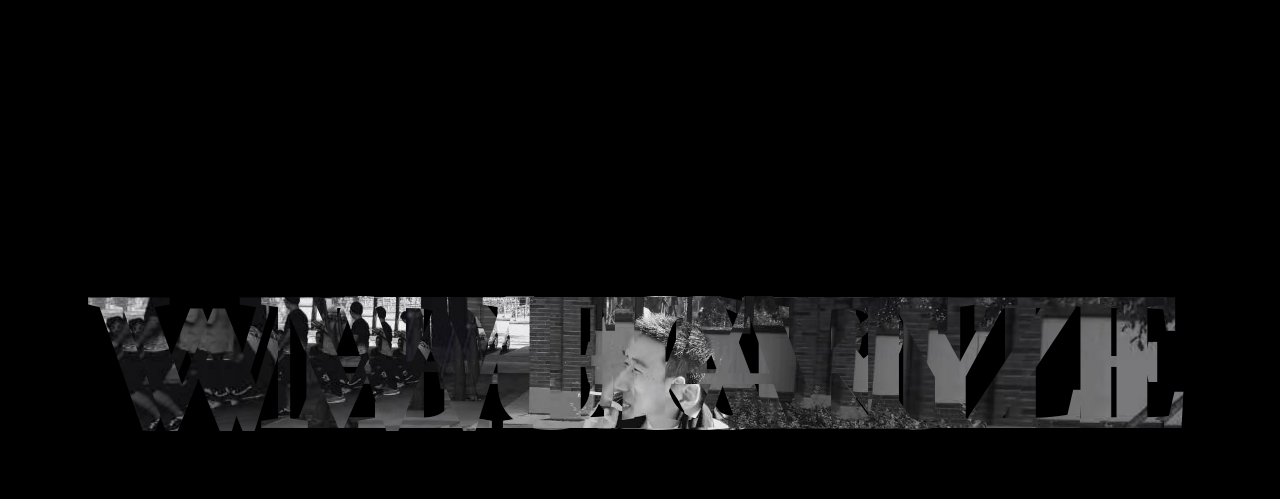
Repository: nishuiwei/nishuiwei.github.io
Page: background.html
These files come from the project's save history. The page is drawn as it stood at one moment and after the next save; the edit follows.
The browser window is 1280 px wide. The pictures show the whole page.

Above is the page before, as saved 2019-12-19 16:40:52.

### background.html
<!DOCTYPE html>
<html lang="en">

<head>
  <meta charset="UTF-8">
  <meta name="viewport" content="width=device-width, initial-scale=1.0">
  <meta http-equiv="X-UA-Compatible" content="ie=edge">
  <meta name="卫慧杰" content="w920098695@sina.cn" />
  <meta name="keywords" content="your tags" />
  <meta name="description" content="your description" />
  <meta http-equiv="X-UA-Compatible" content="ie=edge">
  <meta name="COPYRIGHT" content="卫慧杰">
  <title>Document</title>
  <style>
    body {
      margin: 0px;
      padding: 0px;
      font-family: "黑体";
      background: #000;
    }

    h1 {
      font-size: 200px;
      text-transform: uppercase;
      /*定义文本中的大小写，uppercase仅有大写字母 */
      font-weight: 900;
      /*定义文本的粗细，从100~900*/
      letter-spacing: 1px;
      /*设置字母间距*/
      position: absolute;
      top: 50%;
      left: 50%;
      transform: translate(-50%, -50%);
      /*position & transform: translate(-50%, -50%)
    实现块元素百分比下居中*/
      margin: 0;
      background: url(./bg1.jpg) 50% 50%;
      /*背景图片路径和size大小*/
      background-size: cover;
      /*此时会保持图像的纵横比*/
      /*并将图像缩放成将完全覆盖背景定位区域的最小大小。*/
      -webkit-text-fill-color: transparent;
      /*text-fill-color是设置指定文字的填充颜色，transparent透明*/
      -webkit-background-clip: text;
      /*背景绘制在text区域内，剪切成文字形状*/
      text-align: center;
    }
  </style>
</head>

<body>
  <div class="container">
      <h1>weihuijie</h1>
      <h1>wangxizi</h1>
      <h1>marry</h1>
      <h1>dear</h1>
      <h1>fuck</h1>
      <h1>what</h1>
  </div>
</body>

</html>

After the next save:
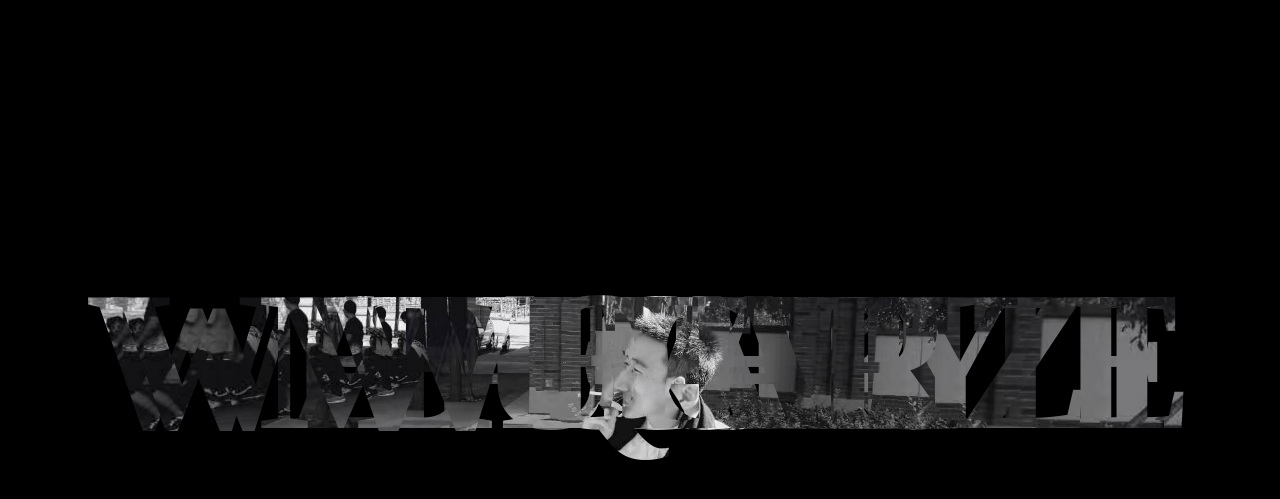
Saved 6 s later.
--- a/background.html
+++ b/background.html
@@ -56,6 +56,7 @@
       <h1>dear</h1>
       <h1>fuck</h1>
       <h1>what</h1>
+      <h1>wqer</h1>
   </div>
 </body>
 
